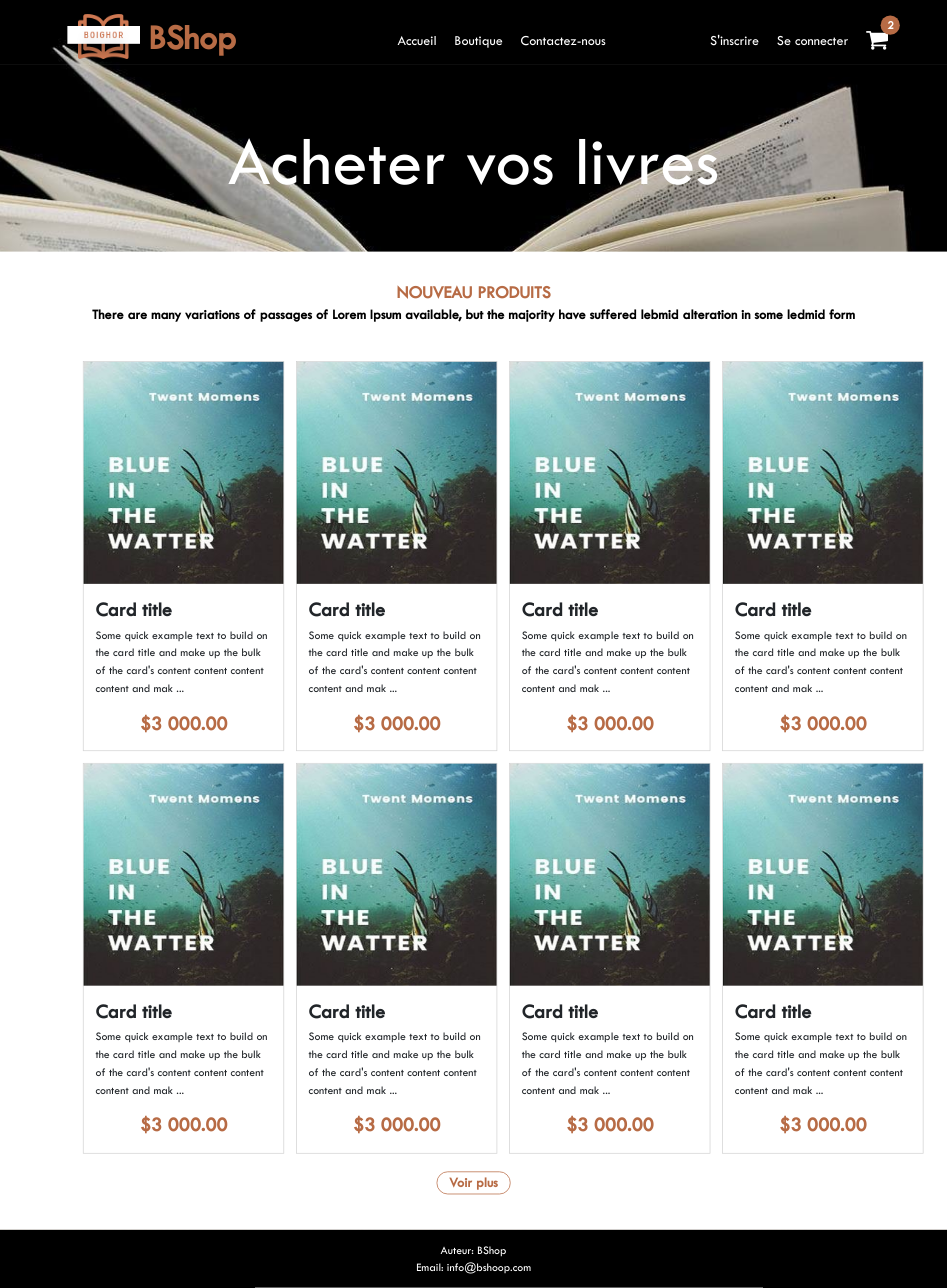
Repository: padevft/e-commerce-php
Page: http://localhost/server/pages/shop.php
The author's editor kept a copy of each file at every save. The page is drawn from the files as they stood at one save, then again after the next save.
The browser window is 1280 px wide. The pictures show the whole page, at 74% of full size.
The page is run by PHP 8.4 with error messages shown; the project is at /var/www/html/.

Above is the page before, as saved 2023-09-18 10:48:20.

After the next save:
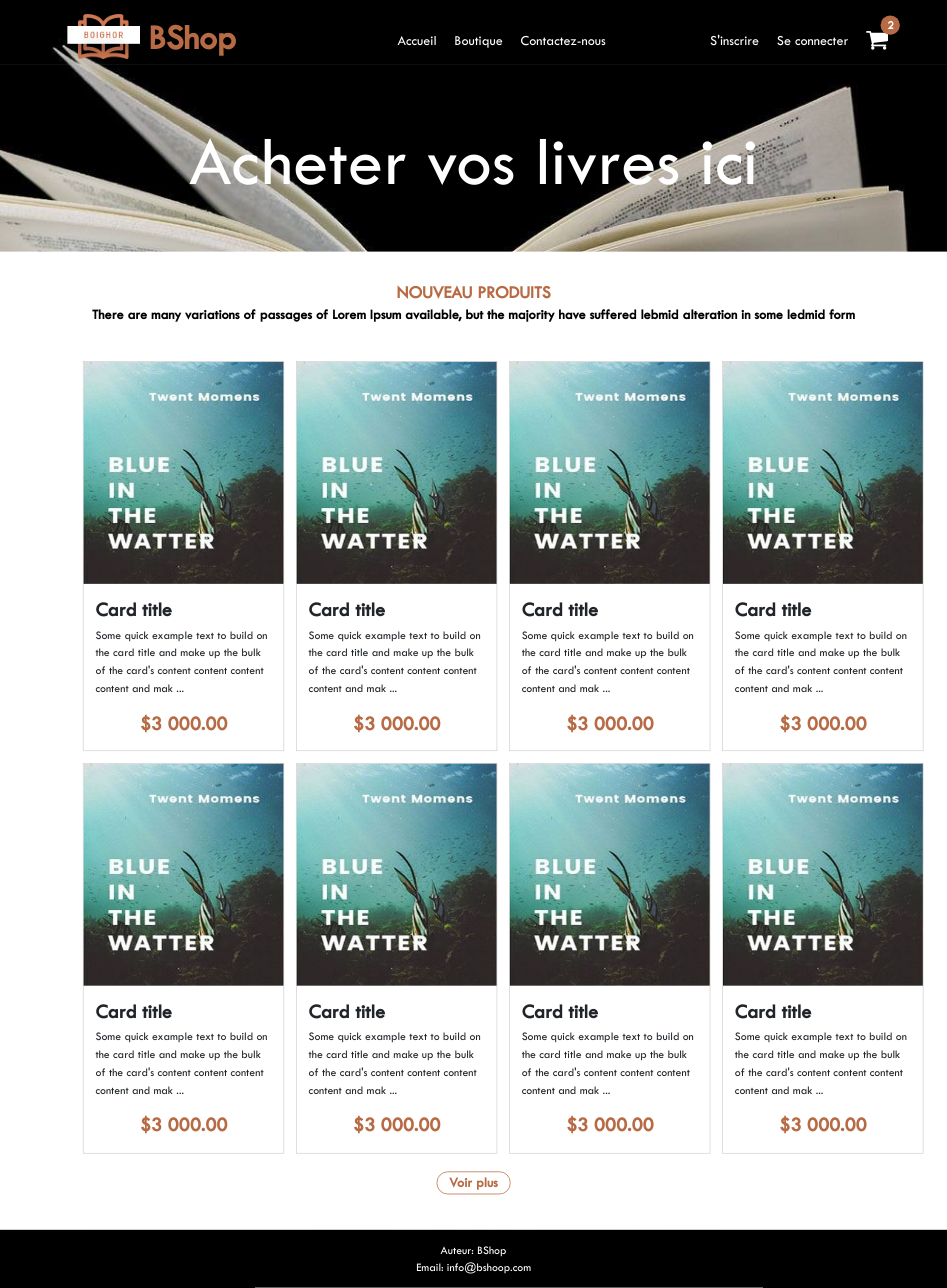
Saved 4 min 21 s later.
--- a/server/pages/shop.php
+++ b/server/pages/shop.php
@@ -22,7 +22,7 @@
     <main>
       <div class="d-flex align-items-center justify-content-center pt-5 container-intro">
         <span class="text-intro">
-          Acheter vos livres
+          Acheter vos livres ici
         </span>
       </div>
       <div class="container-products">

After the save that followed:
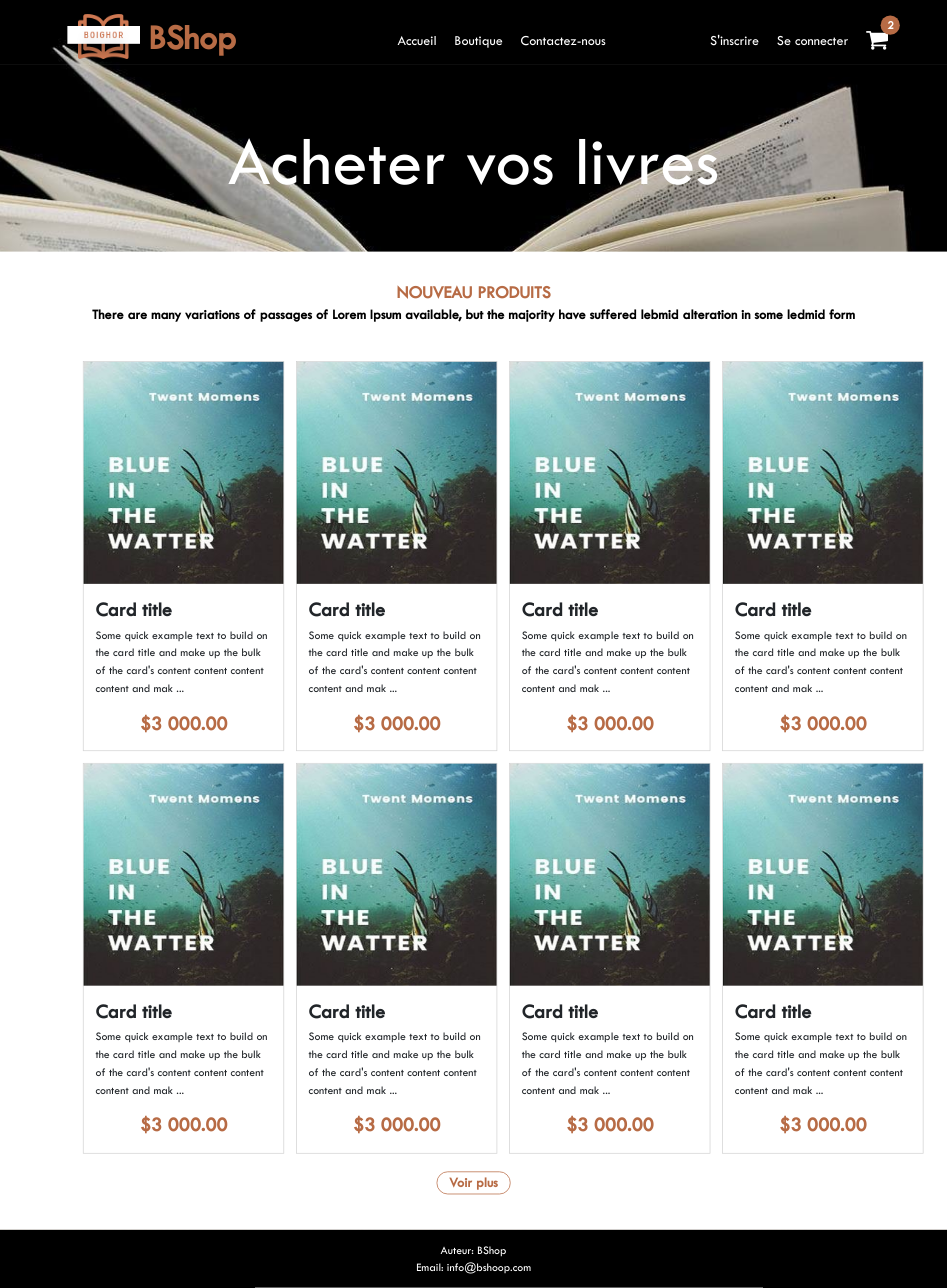
Saved 23 s later.
--- a/server/pages/shop.php
+++ b/server/pages/shop.php
@@ -22,7 +22,7 @@
     <main>
       <div class="d-flex align-items-center justify-content-center pt-5 container-intro">
         <span class="text-intro">
-          Acheter vos livres ici
+          Acheter vos livres
         </span>
       </div>
       <div class="container-products">
